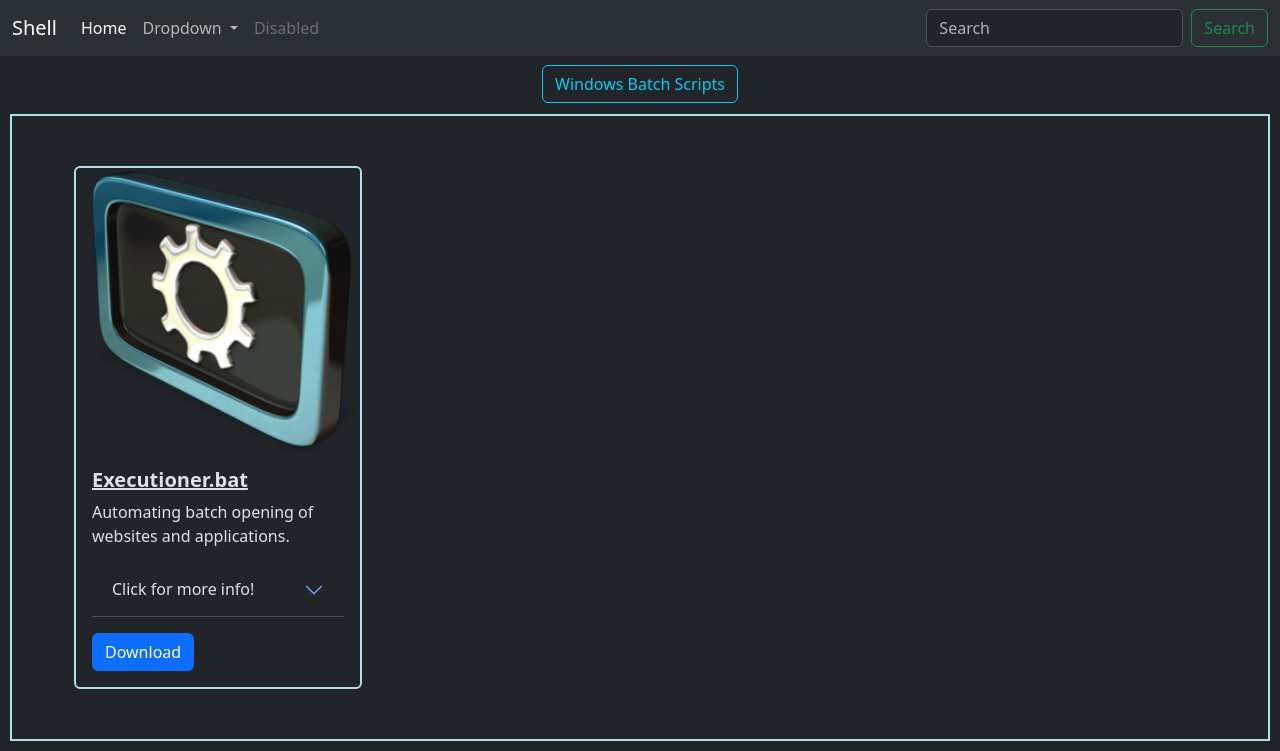
Repository: VictoriousMango/Archive
Page: index.html
The author's editor kept a copy of each file at every save. The page is drawn from the files as they stood at one save, then again after the next save.
The browser window is 1280 px wide. The pictures show the whole page.

Above is the page before, as saved 2024-06-06 01:31:12.

### index.html
<!doctype html>
<html lang="en">
    <head>
        <meta charset="utf-8">
        <meta name="viewport" content="width=device-width, initial-scale=1">
        <title>Bootstrap demo</title>
        <link href="https://cdn.jsdelivr.net/npm/bootstrap@5.3.3/dist/css/bootstrap.min.css" rel="stylesheet" integrity="sha384-QWTKZyjpPEjISv5WaRU9OFeRpok6YctnYmDr5pNlyT2bRjXh0JMhjY6hW+ALEwIH" crossorigin="anonymous">    </head>
    <body data-bs-theme="dark">
        <!-- NavBar -->
        <nav class="navbar navbar-expand-lg bg-body-tertiary ">
            <div class="container-fluid">
                <a href="#" class="navbar-brand" role="button" onclick="Toggling()">Shell</a>
              <button class="navbar-toggler" type="button" data-bs-toggle="collapse" data-bs-target="#navbarSupportedContent" aria-controls="navbarSupportedContent" aria-expanded="false" aria-label="Toggle navigation">
                <span class="navbar-toggler-icon"></span>
              </button>
                <div class="collapse navbar-collapse" id="navbarSupportedContent">
                    <ul class="navbar-nav me-auto mb-2 mb-lg-0">
                    <li class="nav-item">
                        <a class="nav-link active" aria-current="page" href="#">Home</a>
                    </li>
                    <li class="nav-item dropdown">
                        <a class="nav-link dropdown-toggle" href="#" role="button" data-bs-toggle="dropdown" aria-expanded="false">
                        Dropdown
                        </a>
                        <ul class="dropdown-menu">
                        <li><a class="dropdown-item" href="#Batch">Windows Batch Scripts</a></li>
                        </ul>
                    </li>
                    <li class="nav-item">
                        <a class="nav-link disabled" aria-disabled="true">Disabled</a>
                    </li>
                    </ul>
                    <form class="d-flex" role="search">
                        <input class="form-control me-2" type="search" placeholder="Search" aria-label="Search">
                        <button class="btn btn-outline-success" type="submit">Search</button>
                    </form>
                </div>
            </div>
        </nav>
        <!-- NavBar -->

        <!-- Windows Batch File -->
        <h1 style="text-align : center;" id="Batch"><button type="button" class="btn btn-outline-info">Windows Batch Scripts</button></h1>
        <div class="row" style="border: 2px solid powderblue; margin: 10px; padding: 50px;">
            <!-- First Card -->
            <div class="col">
                <div class="card" style="width: 18rem; border: 2px solid powderblue;">
                    <img src="Images\MS-DOS_Batch_File.png" class="card-img-top" alt="...">
                    <div class="card-body">
                        <h5 class="card-title"><b><u>Executioner.bat</u></b></h5>
                        <p class="card-text">
                            Automating batch opening of websites and applications.
                            <div class="accordion accordion-flush" id="accordionFlushExample">
                                <div class="accordion-item">
                                  <h2 class="accordion-header">
                                    <button class="accordion-button collapsed" type="button" data-bs-toggle="collapse" data-bs-target="#flush-collapseOne" aria-expanded="false" aria-controls="flush-collapseOne">
                                      Click for more info!
                                    </button>
                                  </h2>
                                  <div id="flush-collapseOne" class="accordion-collapse collapse" data-bs-parent="#accordionFlushExample">
                                    <div class="accordion-body">
                                        <ul>
                                            <li>It will store different links in some sort of groups defined and structured by you.</li>
                                            <li>After creating groups, you can use this application to open multiple websites and applications in a batch simultaneously.</li>
                                            <li>This can be used as a productivity tool, for automating opening of few applications by entering just the name of group.</li>
                                        </ul>
                                    </div>
                                  </div>
                                </div>
                        </p>
                        <a href="Groups/Projects/Executioner.bat" class="btn btn-primary" download>Download</a>
                    </div>
                  </div>
            </div>
        </div>
        <!-- Windows Batch File -->

        <!-- Including JS -->
        <script src="https://cdn.jsdelivr.net/npm/bootstrap@5.3.3/dist/js/bootstrap.bundle.min.js" integrity="sha384-YvpcrYf0tY3lHB60NNkmXc5s9fDVZLESaAA55NDzOxhy9GkcIdslK1eN7N6jIeHz" crossorigin="anonymous"></script>
        <!-- JS for the web page -->
        <script>
            function Toggling() {
                console.log("Clicked the toggle button")
                console.log()
                var element = document.body;
                element.dataset.bsTheme = element.dataset.bsTheme=="light"?"dark":"light"
            }
        </script>
    </body>
</html>

After the next save:
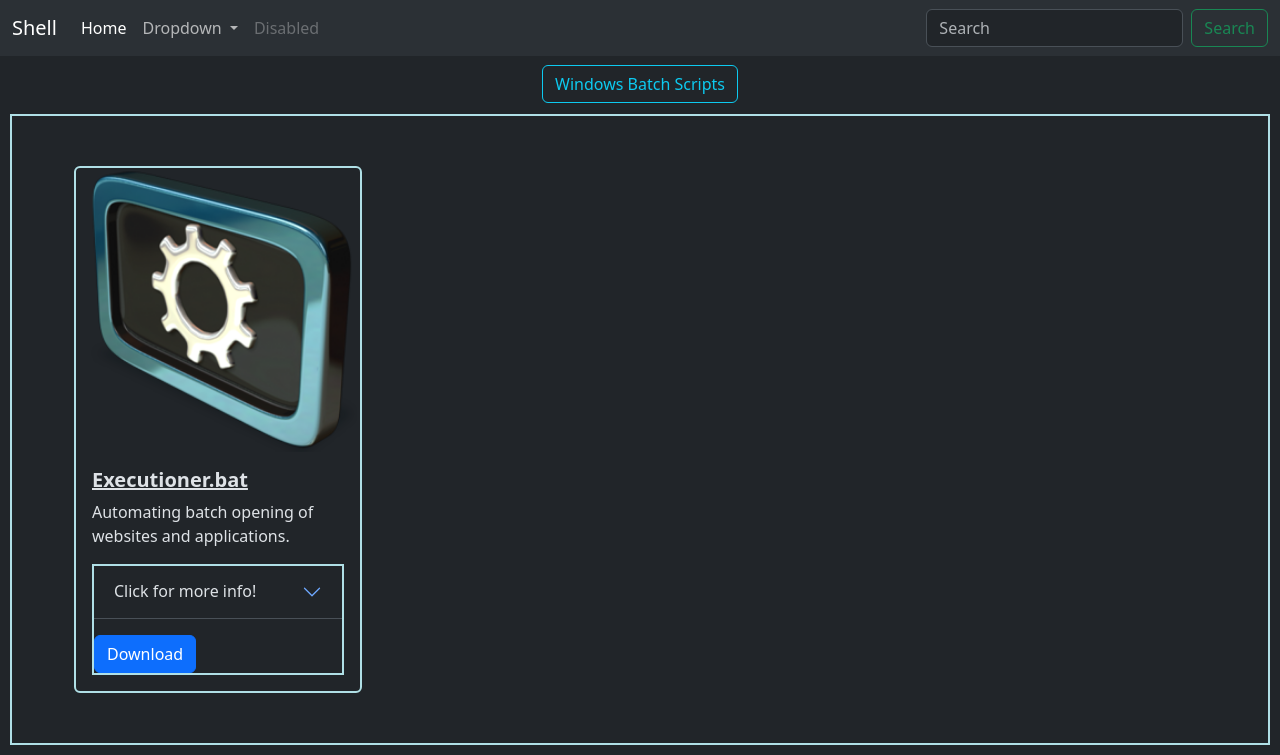
Saved 18 s later.
--- a/index.html
+++ b/index.html
@@ -50,7 +50,7 @@
                         <h5 class="card-title"><b><u>Executioner.bat</u></b></h5>
                         <p class="card-text">
                             Automating batch opening of websites and applications.
-                            <div class="accordion accordion-flush" id="accordionFlushExample">
+                            <div class="accordion accordion-flush" id="accordionFlushExample" style="border: 2px solid powderblue;">
                                 <div class="accordion-item">
                                   <h2 class="accordion-header">
                                     <button class="accordion-button collapsed" type="button" data-bs-toggle="collapse" data-bs-target="#flush-collapseOne" aria-expanded="false" aria-controls="flush-collapseOne">
